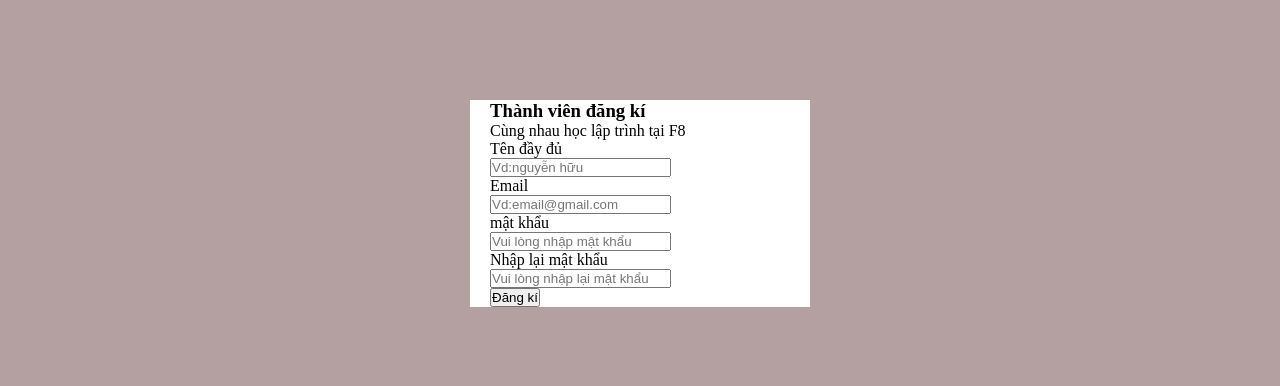
Repository: HuunvDev/Validator
Page: index.html
The author's editor kept a copy of each file at every save. The page is drawn from the files as they stood at one save, then again after the next save.
The browser window is 1280 px wide. The pictures show the whole page.

Above is the page before, as saved 2022-08-20 09:14:34.

### index.html
<!DOCTYPE html>
<html lang="en">
<head>
    <meta charset="UTF-8">
    <meta http-equiv="X-UA-Compatible" content="IE=edge">
    <meta name="viewport" content="width=device-width, initial-scale=1.0">
    <title>validator</title>
    <link rel="stylesheet" href="style.css">
</head>
<body>
    <div class="main">
        <form action="" method="POST" class="form" id="form-1">
            <h3 class="heading">Thành viên đăng kí</h3>
            <p class="desc">Cùng nhau học lập trình tại F8</p>
            <div class="pacer"></div>
            <div class="form-group">
                <label for="fullName" class="form-lable">Tên đầy đủ</label><br>
                <input type="text" id="fullName" name="fullName" placeholder="Vd:nguyễn hữu"><br>
                <span class="form-message"></span>
            </div>
            <div class="form-group">
                <label for="email" class="form-lable">Email</label><br>
                <input type="text" id="email" name="email" placeholder="Vd:email@gmail.com"><br>
                <span class="form-message"></span>
            </div>
            <div class="form-group">
                <label for="password" class="form-lable">mật khẩu</label><br>
                <input type="text" id="password" name="password" placeholder="Vui lòng nhập mật khẩu"><br>
                <span class="form-message"></span>
            </div>
            <div class="form-group">
                <label for="password_confirmation" class="form-lable">Nhập lại mật khẩu</label><br>
                <input type="text" id="password_confirmation" name="password_confirmation" placeholder="Vui lòng nhập lại mật khẩu"><br>
                <span class="form-message"></span>
            </div>
           <button class="form-submit">Đăng kí</button>
        </form>
    </div>
    <script src="main.js"></script>
</body>
</html>

### style.css

*{
    margin:0;
    padding:0;
    overflow: hidden;
}
body{
    background-color:rgb(180, 160, 160);
}
.main {
    width: 300px;
    box-shadow: 0 0 0 rgb(0 0 0 / 10%);
    margin: auto;
    margin-top: 100px;
    padding: 0 20px;
    background-color: #fff;
}

### main.js
var fullName = document.getElementById('fullName');
var message = document.getElementsByClassName("form-message");
fullName.onblur = function(){
    if(!fullName.value){
        message.innerText ="Vui lòng nhập trường này";
    }
}

After the next save:
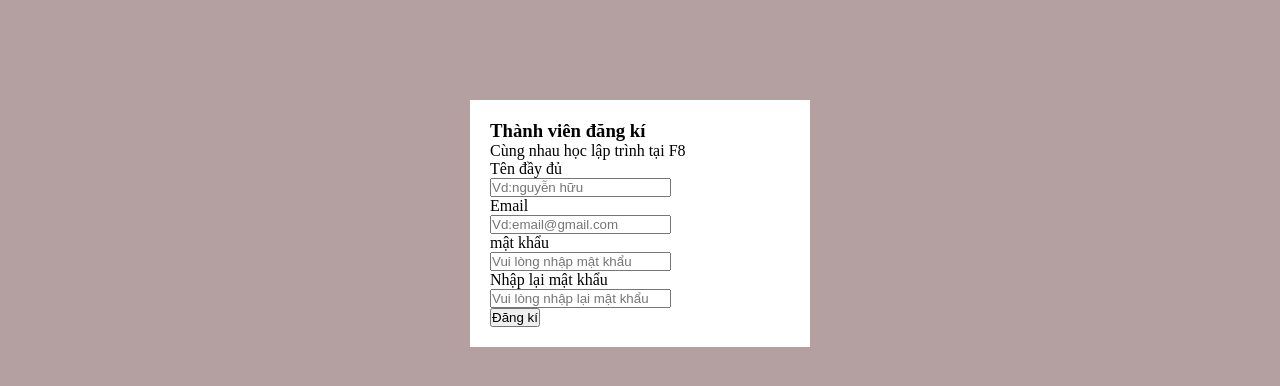
Saved 2 min 1 s later.
--- a/style.css
+++ b/style.css
@@ -12,6 +12,6 @@ body{
     box-shadow: 0 0 0 rgb(0 0 0 / 10%);
     margin: auto;
     margin-top: 100px;
-    padding: 0 20px;
+    padding: 20px;
     background-color: #fff;
 }
